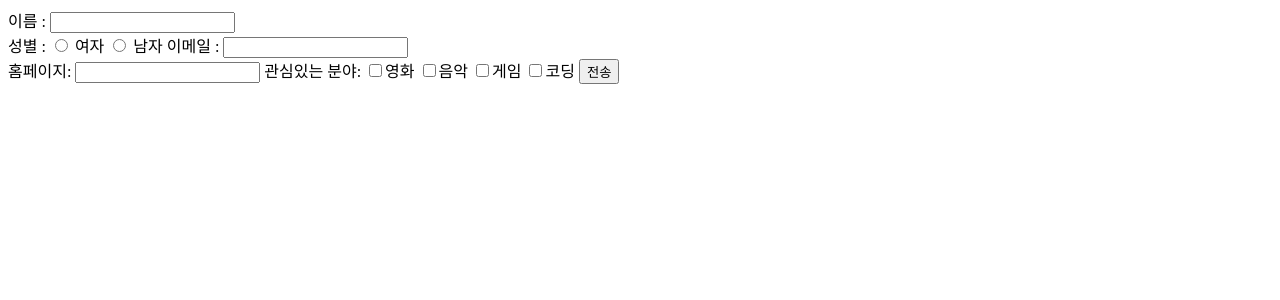
Repository: dudals3844/php_study
Page: index.html
The author's editor kept a record of every edit. The page is drawn from the files as they stood at one moment, then again after the next edit.
The browser window is 1280 px wide. The pictures show the whole page.

Above is the page before.

After the next edit:
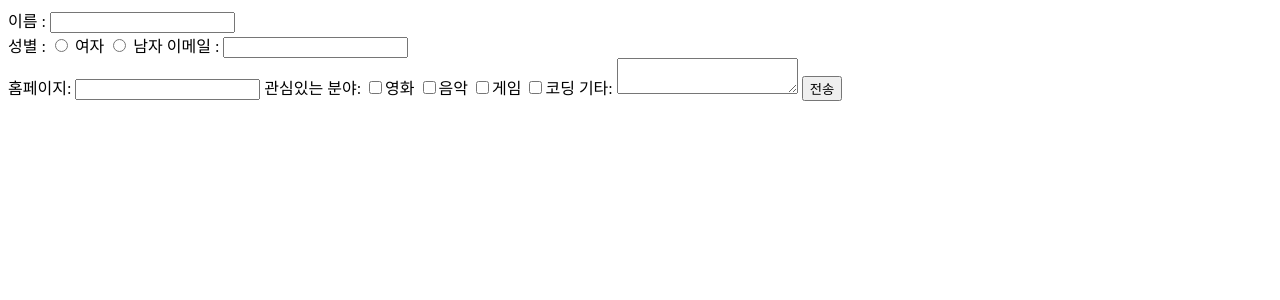
The edit:
--- a/index.html
+++ b/index.html
@@ -20,6 +20,7 @@
 	<input type="checkbox" name="favtopic[]" value = "music"/>음악
 	<input type="checkbox" name="favtopic[]" value = "game"/>게임
 	<input type="checkbox" name="favtopic[]" value = "coding"/>코딩
+	기타: <textarea name = "comment"></textarea>
 	<input type="submit" value="전송">
 </form>
 
